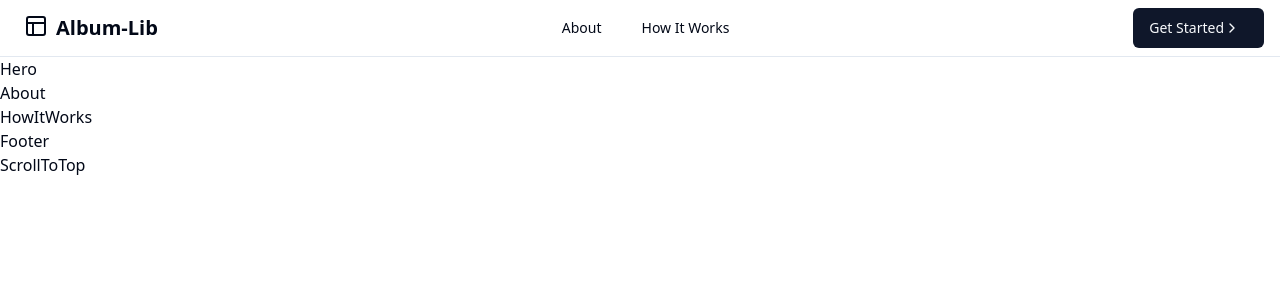
Repository: DevLaukey/savannah-informatics-test
Page: /
An editor plug-in stored every save of this project. The page is shown before and after the next save, followed by the edit.
The browser window is 1280 px wide. The pictures show the whole page.
The project was rebuilt for these pictures with package versions that can differ from the ones it lists, and the page was loaded fresh each time. The framework's server and built-in components were replaced by stand-ins that run in the browser. Also part of the build but not shown: next.config.mjs, lib/theme-provider.js.

Above is the page before, as saved 2024-06-04 21:38:32.

### app/layout.jsx
import "./globals.css";
import { Inter as FontSans } from "next/font/google";

import { cn } from "@/lib/utils";

const fontSans = FontSans({
  subsets: ["latin"],
  variable: "--font-sans",
});

export default function RootLayout({ children }) {
  return (
    <html lang="en" suppressHydrationWarning>
      <head />
      <body
        className={cn(
          "min-h-screen bg-background font-sans antialiased",
          fontSans.variable
        )}
      >
        {children}{" "}
      </body>
    </html>
  );
}

### app/page.jsx
import Footer from "@/components/Footer";
import About from "@/components/landing-page/About";
import Hero from "@/components/landing-page/Hero";
import HowItWorks from "@/components/landing-page/HowItWorks";
import Navbar from "@/components/Navbar";
import ScrollToTop from "@/components/ScrollToTop";


// this is the landing page
export default function Home() {
  return (
    <>
      <Navbar />
      <Hero />
      <About />
      <HowItWorks />
      <Footer />
      <ScrollToTop />
    </>
  );
}

### components/landing-page/HowItWorks.jsx
import React from 'react'

function HowItWorks() {
  return (
    <div>HowItWorks</div>
  )
}

export default HowItWorks

### components/Navbar.jsx
"use client"
import React, { useState } from "react";
import {
  NavigationMenu,
  NavigationMenuItem,
  NavigationMenuList,
} from "@/components/ui/navigation-menu";
import {
  Sheet,
  SheetContent,
  SheetHeader,
  SheetTitle,
  SheetTrigger,
} from "@/components/ui/sheet";
import { Button, buttonVariants } from "./ui/button";
import { ChevronRight, Menu } from "lucide-react";
import ModeToggle  from "./mode-toggle";
import { LogoIcon } from "./Icons";


const routeList = [
  {
    href: "#about",
    label: "About",
  },
  {
    href: "#how-it-works",
    label: "How It Works",
  },

];

const Navbar = () => {
  const [isOpen, setIsOpen] = useState(false);
  return (
    <header className="sticky border-b-[1px] top-0 z-40 w-full bg-white dark:border-b-slate-700 dark:bg-background">
      <NavigationMenu className="mx-auto">
        <NavigationMenuList className="container h-14 px-4 w-screen flex justify-between">
          <NavigationMenuItem className="font-bold flex">
            <a
              rel="noreferrer noopener"
              href="/"
              className="ml-2 font-bold text-xl flex"
            >
              <LogoIcon />
              Album-Lib
            </a>
          </NavigationMenuItem>

          {/* mobile */}
          <span className="flex md:hidden">
            <ModeToggle />

            <Sheet open={isOpen} onOpenChange={setIsOpen}>
              <SheetTrigger className="px-2">
                <Menu
                  className="flex md:hidden h-5 w-5"
                  onClick={() => setIsOpen(true)}
                >
                  <span className="sr-only">Menu Icon</span>
                </Menu>
              </SheetTrigger>

              <SheetContent side={"left"}>
                <SheetHeader>
                  <SheetTitle className="font-bold text-xl">
                    Shadcn/React
                  </SheetTitle>
                </SheetHeader>
                <nav className="flex flex-col justify-center items-center gap-2 mt-4">
                  {routeList.map(({ href, label }) => (
                    <a
                      rel="noreferrer noopener"
                      key={label}
                      href={href}
                      onClick={() => setIsOpen(false)}
                      className={buttonVariants({ variant: "ghost" })}
                    >
                      {label}
                    </a>
                  ))}
                  <Button>
                    Get Started
                    <ChevronRight className="mr-2 h-4 w-4" />
                  </Button>
                </nav>
              </SheetContent>
            </Sheet>
          </span>

          {/* desktop */}
          <nav className="hidden md:flex gap-2">
            {routeList.map((route, i) => (
              <a
                rel="noreferrer noopener"
                href={route.href}
                key={i}
                className={`text-[17px] ${buttonVariants({
                  variant: "ghost",
                })}`}
              >
                {route.label}
              </a>
            ))}
          </nav>

          <Button>
            Get Started
            <ChevronRight className="mr-2 h-4 w-4" />
          </Button>
        </NavigationMenuList>
      </NavigationMenu>
    </header>
  );
};
export default Navbar;

### components/ScrollToTop.jsx
import React from 'react'

function ScrollToTop() {
  return (
    <div>ScrollToTop</div>
  )
}

export default ScrollToTop

### components/ui/navigation-menu.jsx
import * as React from "react"
import * as NavigationMenuPrimitive from "@radix-ui/react-navigation-menu"
import { cva } from "class-variance-authority"
import { ChevronDown } from "lucide-react"

import { cn } from "@/lib/utils"

const NavigationMenu = React.forwardRef(({ className, children, ...props }, ref) => (
  <NavigationMenuPrimitive.Root
    ref={ref}
    className={cn(
      "relative z-10 flex max-w-max flex-1 items-center justify-center",
      className
    )}
    {...props}>
    {children}
    <NavigationMenuViewport />
  </NavigationMenuPrimitive.Root>
))
NavigationMenu.displayName = NavigationMenuPrimitive.Root.displayName

const NavigationMenuList = React.forwardRef(({ className, ...props }, ref) => (
  <NavigationMenuPrimitive.List
    ref={ref}
    className={cn(
      "group flex flex-1 list-none items-center justify-center space-x-1",
      className
    )}
    {...props} />
))
NavigationMenuList.displayName = NavigationMenuPrimitive.List.displayName

const NavigationMenuItem = NavigationMenuPrimitive.Item

const navigationMenuTriggerStyle = cva(
  "group inline-flex h-10 w-max items-center justify-center rounded-md bg-background px-4 py-2 text-sm font-medium transition-colors hover:bg-accent hover:text-accent-foreground focus:bg-accent focus:text-accent-foreground focus:outline-none disabled:pointer-events-none disabled:opacity-50 data-[active]:bg-accent/50 data-[state=open]:bg-accent/50"
)

const NavigationMenuTrigger = React.forwardRef(({ className, children, ...props }, ref) => (
  <NavigationMenuPrimitive.Trigger
    ref={ref}
    className={cn(navigationMenuTriggerStyle(), "group", className)}
    {...props}>
    {children}{" "}
    <ChevronDown
      className="relative top-[1px] ml-1 h-3 w-3 transition duration-200 group-data-[state=open]:rotate-180"
      aria-hidden="true" />
  </NavigationMenuPrimitive.Trigger>
))
NavigationMenuTrigger.displayName = NavigationMenuPrimitive.Trigger.displayName

const NavigationMenuContent = React.forwardRef(({ className, ...props }, ref) => (
  <NavigationMenuPrimitive.Content
    ref={ref}
    className={cn(
      "left-0 top-0 w-full data-[motion^=from-]:animate-in data-[motion^=to-]:animate-out data-[motion^=from-]:fade-in data-[motion^=to-]:fade-out data-[motion=from-end]:slide-in-from-right-52 data-[motion=from-start]:slide-in-from-left-52 data-[motion=to-end]:slide-out-to-right-52 data-[motion=to-start]:slide-out-to-left-52 md:absolute md:w-auto ",
      className
    )}
    {...props} />
))
NavigationMenuContent.displayName = NavigationMenuPrimitive.Content.displayName

const NavigationMenuLink = NavigationMenuPrimitive.Link

const NavigationMenuViewport = React.forwardRef(({ className, ...props }, ref) => (
  <div className={cn("absolute left-0 top-full flex justify-center")}>
    <NavigationMenuPrimitive.Viewport
      className={cn(
        "origin-top-center relative mt-1.5 h-[var(--radix-navigation-menu-viewport-height)] w-full overflow-hidden rounded-md border bg-popover text-popover-foreground shadow-lg data-[state=open]:animate-in data-[state=closed]:animate-out data-[state=closed]:zoom-out-95 data-[state=open]:zoom-in-90 md:w-[var(--radix-navigation-menu-viewport-width)]",
        className
      )}
      ref={ref}
      {...props} />
  </div>
))
NavigationMenuViewport.displayName =
  NavigationMenuPrimitive.Viewport.displayName

const NavigationMenuIndicator = React.forwardRef(({ className, ...props }, ref) => (
  <NavigationMenuPrimitive.Indicator
    ref={ref}
    className={cn(
      "top-full z-[1] flex h-1.5 items-end justify-center overflow-hidden data-[state=visible]:animate-in data-[state=hidden]:animate-out data-[state=hidden]:fade-out data-[state=visible]:fade-in",
      className
    )}
    {...props}>
    <div
      className="relative top-[60%] h-2 w-2 rotate-45 rounded-tl-sm bg-border shadow-md" />
  </NavigationMenuPrimitive.Indicator>
))
NavigationMenuIndicator.displayName =
  NavigationMenuPrimitive.Indicator.displayName

export {
  navigationMenuTriggerStyle,
  NavigationMenu,
  NavigationMenuList,
  NavigationMenuItem,
  NavigationMenuContent,
  NavigationMenuTrigger,
  NavigationMenuLink,
  NavigationMenuIndicator,
  NavigationMenuViewport,
}

### components/ui/sheet.jsx
"use client";
import * as React from "react"
import * as SheetPrimitive from "@radix-ui/react-dialog"
import { cva } from "class-variance-authority";
import { X } from "lucide-react"

import { cn } from "@/lib/utils"

const Sheet = SheetPrimitive.Root

const SheetTrigger = SheetPrimitive.Trigger

const SheetClose = SheetPrimitive.Close

const SheetPortal = SheetPrimitive.Portal

const SheetOverlay = React.forwardRef(({ className, ...props }, ref) => (
  <SheetPrimitive.Overlay
    className={cn(
      "fixed inset-0 z-50 bg-black/80  data-[state=open]:animate-in data-[state=closed]:animate-out data-[state=closed]:fade-out-0 data-[state=open]:fade-in-0",
      className
    )}
    {...props}
    ref={ref} />
))
SheetOverlay.displayName = SheetPrimitive.Overlay.displayName

const sheetVariants = cva(
  "fixed z-50 gap-4 bg-background p-6 shadow-lg transition ease-in-out data-[state=open]:animate-in data-[state=closed]:animate-out data-[state=closed]:duration-300 data-[state=open]:duration-500",
  {
    variants: {
      side: {
        top: "inset-x-0 top-0 border-b data-[state=closed]:slide-out-to-top data-[state=open]:slide-in-from-top",
        bottom:
          "inset-x-0 bottom-0 border-t data-[state=closed]:slide-out-to-bottom data-[state=open]:slide-in-from-bottom",
        left: "inset-y-0 left-0 h-full w-3/4 border-r data-[state=closed]:slide-out-to-left data-[state=open]:slide-in-from-left sm:max-w-sm",
        right:
          "inset-y-0 right-0 h-full w-3/4  border-l data-[state=closed]:slide-out-to-right data-[state=open]:slide-in-from-right sm:max-w-sm",
      },
    },
    defaultVariants: {
      side: "right",
    },
  }
)

const SheetContent = React.forwardRef(({ side = "right", className, children, ...props }, ref) => (
  <SheetPortal>
    <SheetOverlay />
    <SheetPrimitive.Content ref={ref} className={cn(sheetVariants({ side }), className)} {...props}>
      {children}
      <SheetPrimitive.Close
        className="absolute right-4 top-4 rounded-sm opacity-70 ring-offset-background transition-opacity hover:opacity-100 focus:outline-none focus:ring-2 focus:ring-ring focus:ring-offset-2 disabled:pointer-events-none data-[state=open]:bg-secondary">
        <X className="h-4 w-4" />
        <span className="sr-only">Close</span>
      </SheetPrimitive.Close>
    </SheetPrimitive.Content>
  </SheetPortal>
))
SheetContent.displayName = SheetPrimitive.Content.displayName

const SheetHeader = ({
  className,
  ...props
}) => (
  <div
    className={cn("flex flex-col space-y-2 text-center sm:text-left", className)}
    {...props} />
)
SheetHeader.displayName = "SheetHeader"

const SheetFooter = ({
  className,
  ...props
}) => (
  <div
    className={cn("flex flex-col-reverse sm:flex-row sm:justify-end sm:space-x-2", className)}
    {...props} />
)
SheetFooter.displayName = "SheetFooter"

const SheetTitle = React.forwardRef(({ className, ...props }, ref) => (
  <SheetPrimitive.Title
    ref={ref}
    className={cn("text-lg font-semibold text-foreground", className)}
    {...props} />
))
SheetTitle.displayName = SheetPrimitive.Title.displayName

const SheetDescription = React.forwardRef(({ className, ...props }, ref) => (
  <SheetPrimitive.Description
    ref={ref}
    className={cn("text-sm text-muted-foreground", className)}
    {...props} />
))
SheetDescription.displayName = SheetPrimitive.Description.displayName

export {
  Sheet,
  SheetPortal,
  SheetOverlay,
  SheetTrigger,
  SheetClose,
  SheetContent,
  SheetHeader,
  SheetFooter,
  SheetTitle,
  SheetDescription,
}

### components/ui/button.jsx
import * as React from "react"
import { Slot } from "@radix-ui/react-slot"
import { cva } from "class-variance-authority";

import { cn } from "@/lib/utils"

const buttonVariants = cva(
  "inline-flex items-center justify-center whitespace-nowrap rounded-md text-sm font-medium ring-offset-background transition-colors focus-visible:outline-none focus-visible:ring-2 focus-visible:ring-ring focus-visible:ring-offset-2 disabled:pointer-events-none disabled:opacity-50",
  {
    variants: {
      variant: {
        default: "bg-primary text-primary-foreground hover:bg-primary/90",
        destructive:
          "bg-destructive text-destructive-foreground hover:bg-destructive/90",
        outline:
          "border border-input bg-background hover:bg-accent hover:text-accent-foreground",
        secondary:
          "bg-secondary text-secondary-foreground hover:bg-secondary/80",
        ghost: "hover:bg-accent hover:text-accent-foreground",
        link: "text-primary underline-offset-4 hover:underline",
      },
      size: {
        default: "h-10 px-4 py-2",
        sm: "h-9 rounded-md px-3",
        lg: "h-11 rounded-md px-8",
        icon: "h-10 w-10",
      },
    },
    defaultVariants: {
      variant: "default",
      size: "default",
    },
  }
)

const Button = React.forwardRef(({ className, variant, size, asChild = false, ...props }, ref) => {
  const Comp = asChild ? Slot : "button"
  return (
    (<Comp
      className={cn(buttonVariants({ variant, size, className }))}
      ref={ref}
      {...props} />)
  );
})
Button.displayName = "Button"

export { Button, buttonVariants }

### components/mode-toggle.jsx
import React from "react";
import { Button } from "@/components/ui/button";
import {
  DropdownMenu,
  DropdownMenuContent,
  DropdownMenuItem,
  DropdownMenuTrigger,
} from "@/components/ui/dropdown-menu";
import { useTheme } from "@/lib/theme-provider";
import { Moon, Sun } from "lucide-react";

export default function ModeToggle() {
  const { setTheme } = useTheme();

  return (
    <DropdownMenu>
      <DropdownMenuTrigger asChild>
        <Button variant="ghost" size="icon" className="ghost">
          <Sun className="h-[1.1rem] w-[1.2rem] rotate-0 scale-100 transition-all dark:-rotate-90 dark:scale-0" />
          <Moon className="absolute h-[1.1rem] w-[1.2rem] rotate-90 scale-0 transition-all dark:rotate-0 dark:scale-100" />
          <span className="sr-only">Toggle theme</span>
        </Button>
      </DropdownMenuTrigger>
      <DropdownMenuContent align="end">
        <DropdownMenuItem onClick={() => setTheme("light")}>
          Light
        </DropdownMenuItem>
        <DropdownMenuItem onClick={() => setTheme("dark")}>
          Dark
        </DropdownMenuItem>
        <DropdownMenuItem onClick={() => setTheme("system")}>
          System
        </DropdownMenuItem>
      </DropdownMenuContent>
    </DropdownMenu>
  );
}

### components/Icons.jsx
export const LogoIcon = () => {
  return (
    <svg
      xmlns="http://www.w3.org/2000/svg"
      viewBox="0 0 24 24"
      fill="none"
      stroke="currentColor"
      strokeWidth="2"
      strokeLinecap="round"
      strokeLinejoin="round"
      className="lucide lucide-panels-top-left mr-2 w-6 h-6"
    >
      <rect width="18" height="18" x="3" y="3" rx="2" />
      <path d="M3 9h18" />
      <path d="M9 21V9" />
    </svg>
  );
};

### components/ui/dropdown-menu.jsx
"use client"

import * as React from "react"
import * as DropdownMenuPrimitive from "@radix-ui/react-dropdown-menu"
import { Check, ChevronRight, Circle } from "lucide-react"

import { cn } from "@/lib/utils"

const DropdownMenu = DropdownMenuPrimitive.Root

const DropdownMenuTrigger = DropdownMenuPrimitive.Trigger

const DropdownMenuGroup = DropdownMenuPrimitive.Group

const DropdownMenuPortal = DropdownMenuPrimitive.Portal

const DropdownMenuSub = DropdownMenuPrimitive.Sub

const DropdownMenuRadioGroup = DropdownMenuPrimitive.RadioGroup

const DropdownMenuSubTrigger = React.forwardRef(({ className, inset, children, ...props }, ref) => (
  <DropdownMenuPrimitive.SubTrigger
    ref={ref}
    className={cn(
      "flex cursor-default select-none items-center rounded-sm px-2 py-1.5 text-sm outline-none focus:bg-accent data-[state=open]:bg-accent",
      inset && "pl-8",
      className
    )}
    {...props}>
    {children}
    <ChevronRight className="ml-auto h-4 w-4" />
  </DropdownMenuPrimitive.SubTrigger>
))
DropdownMenuSubTrigger.displayName =
  DropdownMenuPrimitive.SubTrigger.displayName

const DropdownMenuSubContent = React.forwardRef(({ className, ...props }, ref) => (
  <DropdownMenuPrimitive.SubContent
    ref={ref}
    className={cn(
      "z-50 min-w-[8rem] overflow-hidden rounded-md border bg-popover p-1 text-popover-foreground shadow-lg data-[state=open]:animate-in data-[state=closed]:animate-out data-[state=closed]:fade-out-0 data-[state=open]:fade-in-0 data-[state=closed]:zoom-out-95 data-[state=open]:zoom-in-95 data-[side=bottom]:slide-in-from-top-2 data-[side=left]:slide-in-from-right-2 data-[side=right]:slide-in-from-left-2 data-[side=top]:slide-in-from-bottom-2",
      className
    )}
    {...props} />
))
DropdownMenuSubContent.displayName =
  DropdownMenuPrimitive.SubContent.displayName

const DropdownMenuContent = React.forwardRef(({ className, sideOffset = 4, ...props }, ref) => (
  <DropdownMenuPrimitive.Portal>
    <DropdownMenuPrimitive.Content
      ref={ref}
      sideOffset={sideOffset}
      className={cn(
        "z-50 min-w-[8rem] overflow-hidden rounded-md border bg-popover p-1 text-popover-foreground shadow-md data-[state=open]:animate-in data-[state=closed]:animate-out data-[state=closed]:fade-out-0 data-[state=open]:fade-in-0 data-[state=closed]:zoom-out-95 data-[state=open]:zoom-in-95 data-[side=bottom]:slide-in-from-top-2 data-[side=left]:slide-in-from-right-2 data-[side=right]:slide-in-from-left-2 data-[side=top]:slide-in-from-bottom-2",
        className
      )}
      {...props} />
  </DropdownMenuPrimitive.Portal>
))
DropdownMenuContent.displayName = DropdownMenuPrimitive.Content.displayName

const DropdownMenuItem = React.forwardRef(({ className, inset, ...props }, ref) => (
  <DropdownMenuPrimitive.Item
    ref={ref}
    className={cn(
      "relative flex cursor-default select-none items-center rounded-sm px-2 py-1.5 text-sm outline-none transition-colors focus:bg-accent focus:text-accent-foreground data-[disabled]:pointer-events-none data-[disabled]:opacity-50",
      inset && "pl-8",
      className
    )}
    {...props} />
))
DropdownMenuItem.displayName = DropdownMenuPrimitive.Item.displayName

const DropdownMenuCheckboxItem = React.forwardRef(({ className, children, checked, ...props }, ref) => (
  <DropdownMenuPrimitive.CheckboxItem
    ref={ref}
    className={cn(
      "relative flex cursor-default select-none items-center rounded-sm py-1.5 pl-8 pr-2 text-sm outline-none transition-colors focus:bg-accent focus:text-accent-foreground data-[disabled]:pointer-events-none data-[disabled]:opacity-50",
      className
    )}
    checked={checked}
    {...props}>
    <span className="absolute left-2 flex h-3.5 w-3.5 items-center justify-center">
      <DropdownMenuPrimitive.ItemIndicator>
        <Check className="h-4 w-4" />
      </DropdownMenuPrimitive.ItemIndicator>
    </span>
    {children}
  </DropdownMenuPrimitive.CheckboxItem>
))
DropdownMenuCheckboxItem.displayName =
  DropdownMenuPrimitive.CheckboxItem.displayName

const DropdownMenuRadioItem = React.forwardRef(({ className, children, ...props }, ref) => (
  <DropdownMenuPrimitive.RadioItem
    ref={ref}
    className={cn(
      "relative flex cursor-default select-none items-center rounded-sm py-1.5 pl-8 pr-2 text-sm outline-none transition-colors focus:bg-accent focus:text-accent-foreground data-[disabled]:pointer-events-none data-[disabled]:opacity-50",
      className
    )}
    {...props}>
    <span className="absolute left-2 flex h-3.5 w-3.5 items-center justify-center">
      <DropdownMenuPrimitive.ItemIndicator>
        <Circle className="h-2 w-2 fill-current" />
      </DropdownMenuPrimitive.ItemIndicator>
    </span>
    {children}
  </DropdownMenuPrimitive.RadioItem>
))
DropdownMenuRadioItem.displayName = DropdownMenuPrimitive.RadioItem.displayName

const DropdownMenuLabel = React.forwardRef(({ className, inset, ...props }, ref) => (
  <DropdownMenuPrimitive.Label
    ref={ref}
    className={cn("px-2 py-1.5 text-sm font-semibold", inset && "pl-8", className)}
    {...props} />
))
DropdownMenuLabel.displayName = DropdownMenuPrimitive.Label.displayName

const DropdownMenuSeparator = React.forwardRef(({ className, ...props }, ref) => (
  <DropdownMenuPrimitive.Separator
    ref={ref}
    className={cn("-mx-1 my-1 h-px bg-muted", className)}
    {...props} />
))
DropdownMenuSeparator.displayName = DropdownMenuPrimitive.Separator.displayName

const DropdownMenuShortcut = ({
  className,
  ...props
}) => {
  return (
    (<span
      className={cn("ml-auto text-xs tracking-widest opacity-60", className)}
      {...props} />)
  );
}
DropdownMenuShortcut.displayName = "DropdownMenuShortcut"

export {
  DropdownMenu,
  DropdownMenuTrigger,
  DropdownMenuContent,
  DropdownMenuItem,
  DropdownMenuCheckboxItem,
  DropdownMenuRadioItem,
  DropdownMenuLabel,
  DropdownMenuSeparator,
  DropdownMenuShortcut,
  DropdownMenuGroup,
  DropdownMenuPortal,
  DropdownMenuSub,
  DropdownMenuSubContent,
  DropdownMenuSubTrigger,
  DropdownMenuRadioGroup,
}

### tailwind.config.js
const { fontFamily } = require("tailwindcss/defaultTheme");

/** @type {import('tailwindcss').Config} */
module.exports = {
  darkMode: ["class"],
  content: [
    "./pages/**/*.{js,jsx}",
    "./components/**/*.{js,jsx}",
    "./app/**/*.{js,jsx}",
    "./src/**/*.{js,jsx}",
  ],
  prefix: "",
  theme: {
    container: {
      center: true,
      padding: "2rem",
      screens: {
        "2xl": "1400px",
      },
    },
    extend: {
      colors: {
        border: "hsl(var(--border))",
        input: "hsl(var(--input))",
        ring: "hsl(var(--ring))",
        background: "hsl(var(--background))",
        foreground: "hsl(var(--foreground))",
        primary: {
          DEFAULT: "hsl(var(--primary))",
          foreground: "hsl(var(--primary-foreground))",
        },
        secondary: {
          DEFAULT: "hsl(var(--secondary))",
          foreground: "hsl(var(--secondary-foreground))",
        },
        destructive: {
          DEFAULT: "hsl(var(--destructive))",
          foreground: "hsl(var(--destructive-foreground))",
        },
        muted: {
          DEFAULT: "hsl(var(--muted))",
          foreground: "hsl(var(--muted-foreground))",
        },
        accent: {
          DEFAULT: "hsl(var(--accent))",
          foreground: "hsl(var(--accent-foreground))",
        },
        fontFamily: {
          sans: ["var(--font-sans)", ...fontFamily.sans],
        },
        popover: {
          DEFAULT: "hsl(var(--popover))",
          foreground: "hsl(var(--popover-foreground))",
        },
        card: {
          DEFAULT: "hsl(var(--card))",
          foreground: "hsl(var(--card-foreground))",
        },
      },
      borderRadius: {
        lg: "var(--radius)",
        md: "calc(var(--radius) - 2px)",
        sm: "calc(var(--radius) - 4px)",
      },
      keyframes: {
        "accordion-down": {
          from: { height: "0" },
          to: { height: "var(--radix-accordion-content-height)" },
        },
        "accordion-up": {
          from: { height: "var(--radix-accordion-content-height)" },
          to: { height: "0" },
        },
      },
      animation: {
        "accordion-down": "accordion-down 0.2s ease-out",
        "accordion-up": "accordion-up 0.2s ease-out",
      },
    },
  },
  plugins: [require("tailwindcss-animate")],
};

Loaded but not shown: app/globals.css (common file); lib/utils.js (common file); components/Footer.jsx (common file); components/landing-page/About.jsx (common file); components/landing-page/Hero.jsx (common file)

After the next save:
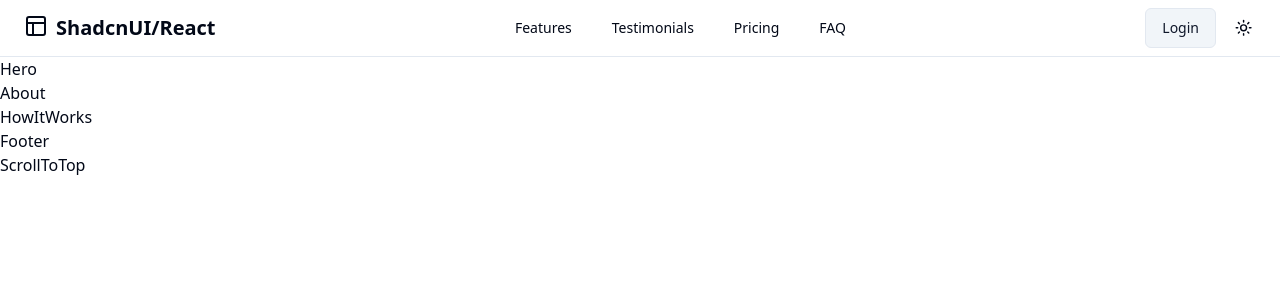
Saved 40 s later.
--- a/components/Navbar.jsx
+++ b/components/Navbar.jsx
@@ -12,22 +12,29 @@ import {
   SheetTitle,
   SheetTrigger,
 } from "@/components/ui/sheet";
-import { Button, buttonVariants } from "./ui/button";
-import { ChevronRight, Menu } from "lucide-react";
+import { buttonVariants } from "./ui/button";
+import { Menu } from "lucide-react";
 import ModeToggle  from "./mode-toggle";
 import { LogoIcon } from "./Icons";
 
 
 const routeList = [
   {
-    href: "#about",
-    label: "About",
+    href: "#features",
+    label: "Features",
   },
   {
-    href: "#how-it-works",
-    label: "How It Works",
+    href: "#testimonials",
+    label: "Testimonials",
   },
-
+  {
+    href: "#pricing",
+    label: "Pricing",
+  },
+  {
+    href: "#faq",
+    label: "FAQ",
+  },
 ];
 
 const Navbar = () => {
@@ -43,7 +50,7 @@ const Navbar = () => {
               className="ml-2 font-bold text-xl flex"
             >
               <LogoIcon />
-              Album-Lib
+              ShadcnUI/React
             </a>
           </NavigationMenuItem>
 
@@ -79,10 +86,16 @@ const Navbar = () => {
                       {label}
                     </a>
                   ))}
-                  <Button>
-                    Get Started
-                    <ChevronRight className="mr-2 h-4 w-4" />
-                  </Button>
+                  <a
+                    rel="noreferrer noopener"
+                    href="/login"
+                    target="_blank"
+                    className={`w-[110px] border ${buttonVariants({
+                      variant: "secondary",
+                    })}`}
+                  >
+                    Login
+                  </a>
                 </nav>
               </SheetContent>
             </Sheet>
@@ -104,10 +117,18 @@ const Navbar = () => {
             ))}
           </nav>
 
-          <Button>
-            Get Started
-            <ChevronRight className="mr-2 h-4 w-4" />
-          </Button>
+          <div className="hidden md:flex gap-2">
+            <a
+              rel="noreferrer noopener"
+              href="/login"
+              target="_blank"
+              className={`border ${buttonVariants({ variant: "secondary" })}`}
+            >
+              Login
+            </a>
+
+            <ModeToggle />
+          </div>
         </NavigationMenuList>
       </NavigationMenu>
     </header>
